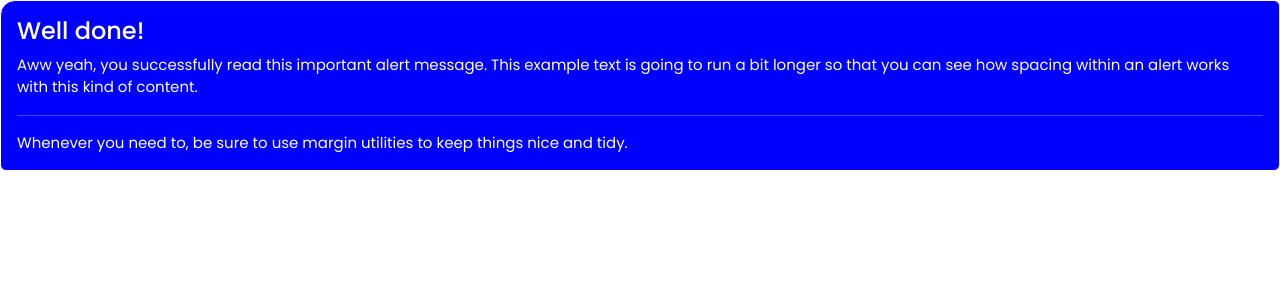
Repository: isaacCodes1/My-Project
Page: alert.html
The author's editor kept a copy of each file at every save. The page is drawn from the files as they stood at one save, then again after the next save.
The browser window is 1280 px wide. The pictures show the whole page.

Above is the page before, as saved 2024-03-21 15:33:38.

After the next save:
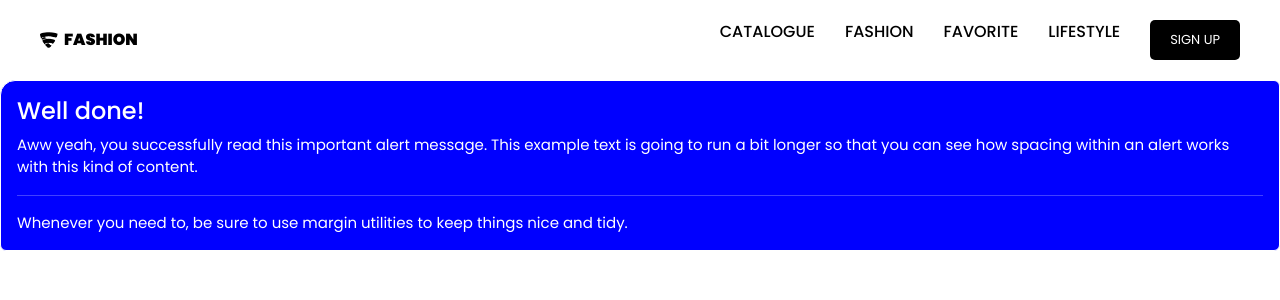
Saved 37 s later.
--- a/alert.html
+++ b/alert.html
@@ -18,7 +18,26 @@
     <title>Document</title>
   </head>
   <body>
-    <div class=" alert alert-success" role="alert">
+    <header>
+      <nav>
+        <!--------- NavItems ------->
+        <div class="image">
+          <a href="index.html"
+            ><img src="/Assets/Pics/Vector (3).png" />FASHION</a
+          >
+        </div>
+        <div class="navItems">
+          <ul>
+            <li><a href="catalogue.html">CATALOGUE</a></li>
+            <li><a href="fashion.html">FASHION</a></li>
+            <li><a href="favourite.html">FAVORITE</a></li>
+            <li><a href="lifestyle.html">LIFESTYLE</a></li>
+          </ul>
+          <a href="form.html"><button>SIGN UP</button></a>
+        </div>
+      </nav>
+    </header>
+    <div class="alert alert-success" role="alert">
       <h4 class="alert-heading">Well done!</h4>
       <p>
         Aww yeah, you successfully read this important alert message. This
